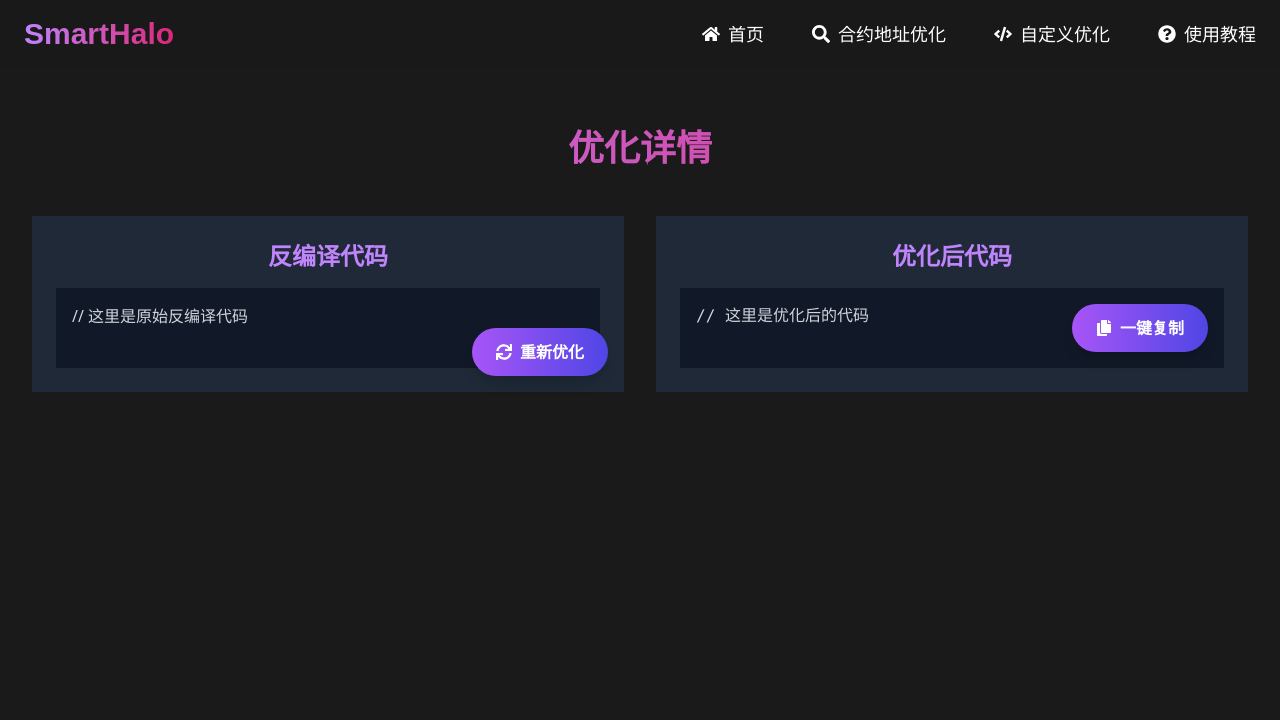
Repository: RunnerQuan/smart-halo
Page: /optimization-details
The author's editor kept a copy of each file at every save. The page is drawn from the files as they stood at one save, then again after the next save.
The browser window is 1280 px wide. The pictures show the whole page.
The project was rebuilt for these pictures with package versions that can differ from the ones it lists, and the page was loaded fresh each time. The framework's server and built-in components were replaced by stand-ins that run in the browser. Also part of the build but not shown: next.config.mjs.

Above is the page before, as saved 2024-10-18 14:44:05.

After the next save:
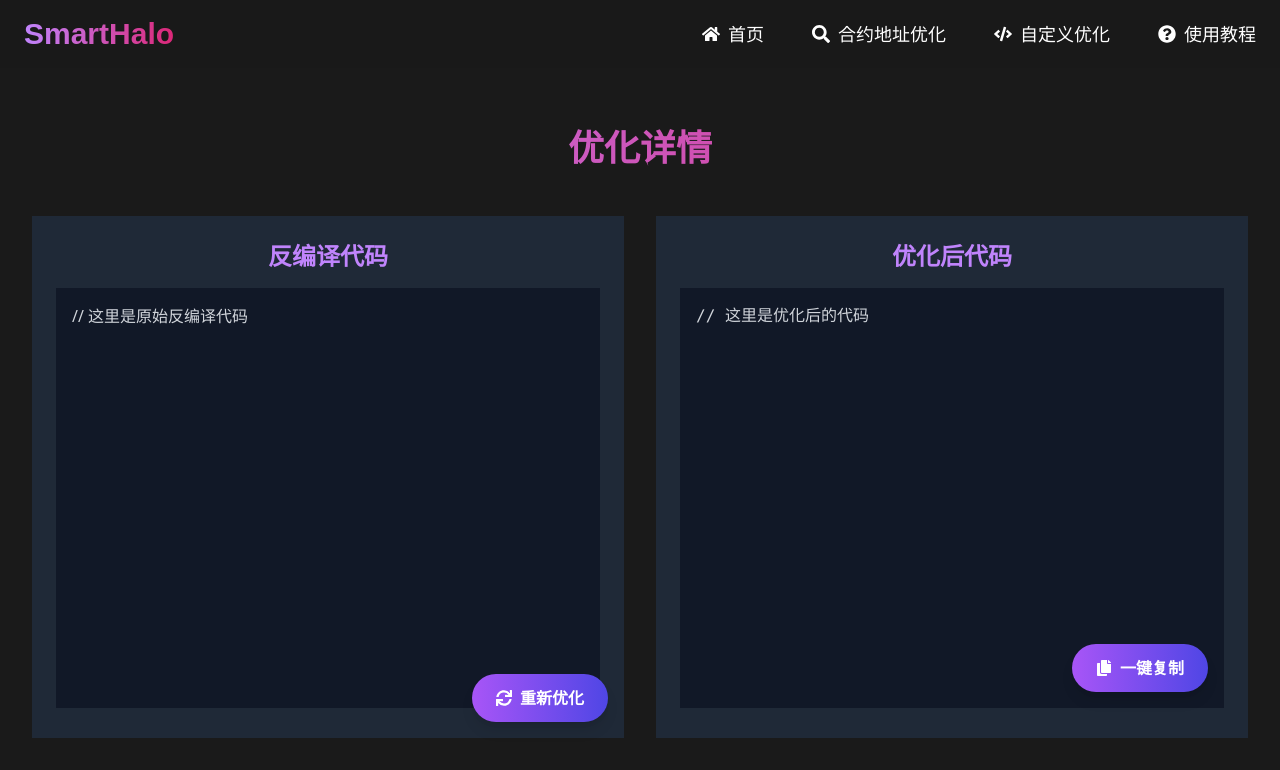
Saved 12 s later.
--- a/app/optimization-details/page.tsx
+++ b/app/optimization-details/page.tsx
@@ -1,97 +1,3 @@
-// "use client";
-
-// import { useState } from 'react';
-// import { motion } from 'framer-motion';
-// import AnimatedButton from '../../components/ui/animated-button';
-// import Navbar from '../../components/Navbar';
-// import { FaCopy, FaSync } from 'react-icons/fa';
-
-// export default function OptimizationDetails() {
-//   const [isCopied, setIsCopied] = useState(false);
-//   const [originalCode, setOriginalCode] = useState('// 这里是原始反编译代码');
-//   const [optimizedCode, setOptimizedCode] = useState('// 这里是优化后的代码');
-
-//   const handleCopy = () => {
-//     navigator.clipboard.writeText(optimizedCode);
-//     setIsCopied(true);
-//     setTimeout(() => setIsCopied(false), 2000);
-//   };
-
-//   const handleReoptimize = () => {
-//     // 这里应该是重新优化的逻辑
-//     console.log("重新优化");
-//   };
-
-//   return (
-//     <main className="flex min-h-screen flex-col items-center justify-start p-8 bg-[#1A1A1A] text-white font-sans">
-//       <Navbar />
-//       <div className="mt-24 w-full max-w-7xl mx-auto">
-//         <motion.h1
-//           className="text-4xl font-bold mb-12 text-center text-transparent bg-clip-text bg-gradient-to-r from-purple-400 to-pink-600"
-//           initial={{ opacity: 0, y: -50 }}
-//           animate={{ opacity: 1, y: 0 }}
-//           transition={{ duration: 0.5 }}
-//         >
-//           优化详情
-//         </motion.h1>
-
-//         <div className="w-full flex flex-col md:flex-row space-y-8 md:space-y-0 md:space-x-8">
-//           <motion.div
-//             className="flex-1 bg-gray-800 rounded-lg p-6 relative"
-//             initial={{ opacity: 0, x: -50 }}
-//             animate={{ opacity: 1, x: 0 }}
-//             transition={{ duration: 0.5, delay: 0.2 }}
-//           >
-//             <h2 className="text-2xl font-semibold mb-4 text-purple-400 text-center">反编译代码</h2>
-//             <textarea
-//               className="w-full h-[calc(100vh-300px)] bg-gray-900 text-gray-300 p-4 rounded-lg focus:outline-none focus:ring-2 focus:ring-purple-500"
-//               value={originalCode}
-//               onChange={(e) => setOriginalCode(e.target.value)}
-//             ></textarea>
-//             <div className="absolute bottom-4 right-4">
-//               <AnimatedButton onClick={handleReoptimize} className="flex items-center">
-//                 <FaSync className="mr-2" />
-//                 重新优化
-//               </AnimatedButton>
-//             </div>
-//           </motion.div>
-
-//           <motion.div
-//             className="flex-1 bg-gray-800 rounded-lg p-6"
-//             initial={{ opacity: 0, x: 50 }}
-//             animate={{ opacity: 1, x: 0 }}
-//             transition={{ duration: 0.5, delay: 0.4 }}
-//           >
-//             <h2 className="text-2xl font-semibold mb-4 text-purple-400 text-center">优化后代码</h2>
-//             <div className="relative">
-//               <pre className="w-full h-[calc(100vh-300px)] bg-gray-900 text-gray-300 p-4 rounded-lg overflow-auto">
-//                 {optimizedCode}
-//               </pre>
-//               <div className="absolute bottom-4 right-4">
-//                 <AnimatedButton onClick={handleCopy} className="flex items-center">
-//                   <FaCopy className="mr-2" />
-//                   一键复制
-//                 </AnimatedButton>
-//               </div>
-//             </div>
-//           </motion.div>
-//         </div>
-
-//         {isCopied && (
-//           <motion.div
-//             className="fixed bottom-8 right-8 bg-green-500 text-white px-4 py-2 rounded-lg shadow-lg"
-//             initial={{ opacity: 0, y: 50 }}
-//             animate={{ opacity: 1, y: 0 }}
-//             exit={{ opacity: 0, y: 50 }}
-//           >
-//             优化后代码已复制到剪贴板
-//           </motion.div>
-//         )}
-//       </div>
-//     </main>
-//   );
-// }
-
 "use client";
 
 import { useState } from 'react';
@@ -131,14 +37,14 @@ export default function OptimizationDetails() {
 
         <div className="w-full flex flex-col md:flex-row space-y-8 md:space-y-0 md:space-x-8">
           <motion.div
-            className="flex-1 bg-gray-800 rounded-lg p-6 relative flex flex-col"
+            className="flex-1 bg-gray-800 rounded-lg p-6 relative"
             initial={{ opacity: 0, x: -50 }}
             animate={{ opacity: 1, x: 0 }}
             transition={{ duration: 0.5, delay: 0.2 }}
           >
             <h2 className="text-2xl font-semibold mb-4 text-purple-400 text-center">反编译代码</h2>
             <textarea
-              className="w-full flex-1 bg-gray-900 text-gray-300 p-4 rounded-lg focus:outline-none focus:ring-2 focus:ring-purple-500"
+              className="w-full h-[calc(100vh-300px)] bg-gray-900 text-gray-300 p-4 rounded-lg focus:outline-none focus:ring-2 focus:ring-purple-500"
               value={originalCode}
               onChange={(e) => setOriginalCode(e.target.value)}
             ></textarea>
@@ -151,14 +57,14 @@ export default function OptimizationDetails() {
           </motion.div>
 
           <motion.div
-            className="flex-1 bg-gray-800 rounded-lg p-6 relative flex flex-col"
+            className="flex-1 bg-gray-800 rounded-lg p-6"
             initial={{ opacity: 0, x: 50 }}
             animate={{ opacity: 1, x: 0 }}
             transition={{ duration: 0.5, delay: 0.4 }}
           >
             <h2 className="text-2xl font-semibold mb-4 text-purple-400 text-center">优化后代码</h2>
-            <div className="relative flex-1">
-              <pre className="w-full h-full bg-gray-900 text-gray-300 p-4 rounded-lg overflow-auto">
+            <div className="relative">
+              <pre className="w-full h-[calc(100vh-300px)] bg-gray-900 text-gray-300 p-4 rounded-lg overflow-auto">
                 {optimizedCode}
               </pre>
               <div className="absolute bottom-4 right-4">
